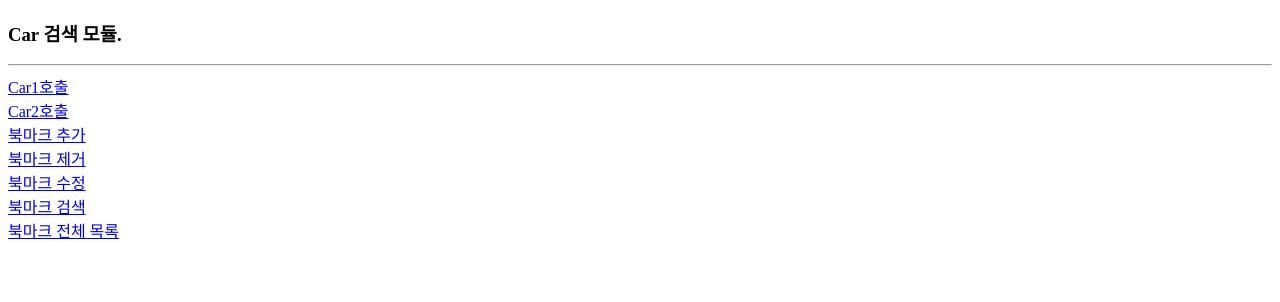
Repository: sds2317884/Spring
Page: http://localhost/spring02/carStart.jsp
The author's editor kept a copy of each file at every save. The page is drawn from the files as they stood at one save, then again after the next save.
The browser window is 1280 px wide. The pictures show the whole page.
The page is served by Tomcat 9. Other server files are loaded and not shown.

Above is the page before, as saved 2022-11-24 08:19:35.

### spring02/src/main/webapp/carStart.jsp
<%@ page language="java" contentType="text/html; charset=UTF-8"
    pageEncoding="UTF-8"%>
<!DOCTYPE html>
<html>
<head>
<meta charset="UTF-8">
<title>Insert title here</title>
</head>
<body>
<h3>Car 검색 모듈.</h3>
<hr>
<a href="car1">Car1호출</a> <br>
<a href="car2">Car2호출</a> <br>
<a href="carInsert.jsp">북마크 추가</a> <br>
<a href="carDelete.jsp">북마크 제거</a> <br>
<a href="carUpdate.jsp">북마크 수정</a> <br>
<a href="carSelect.jsp">북마크 검색</a> <br>
<a href="carList">북마크 전체 목록</a>
</body>
</html>

After the next save:
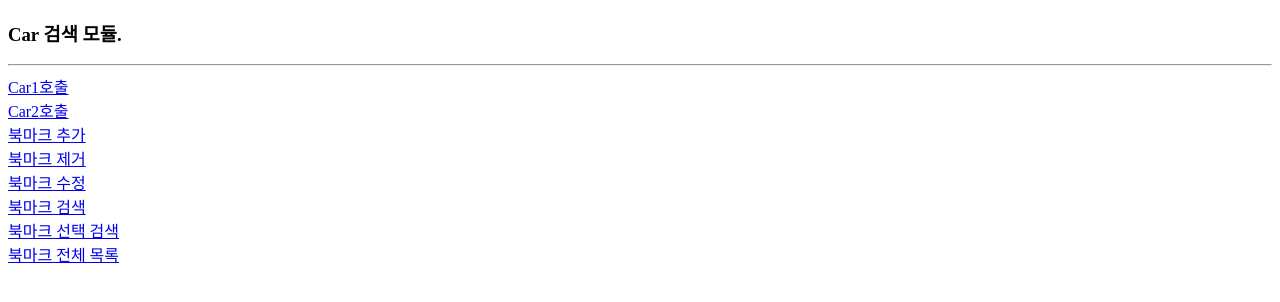
Saved 1 s later.
--- a/spring02/src/main/webapp/carStart.jsp
+++ b/spring02/src/main/webapp/carStart.jsp
@@ -15,6 +15,7 @@
 <a href="carDelete.jsp">북마크 제거</a> <br>
 <a href="carUpdate.jsp">북마크 수정</a> <br>
 <a href="carSelect.jsp">북마크 검색</a> <br>
+<a href="carAllSelect.jsp">북마크 선택 검색</a> <br>
 <a href="carList">북마크 전체 목록</a>
 </body>
 </html>
